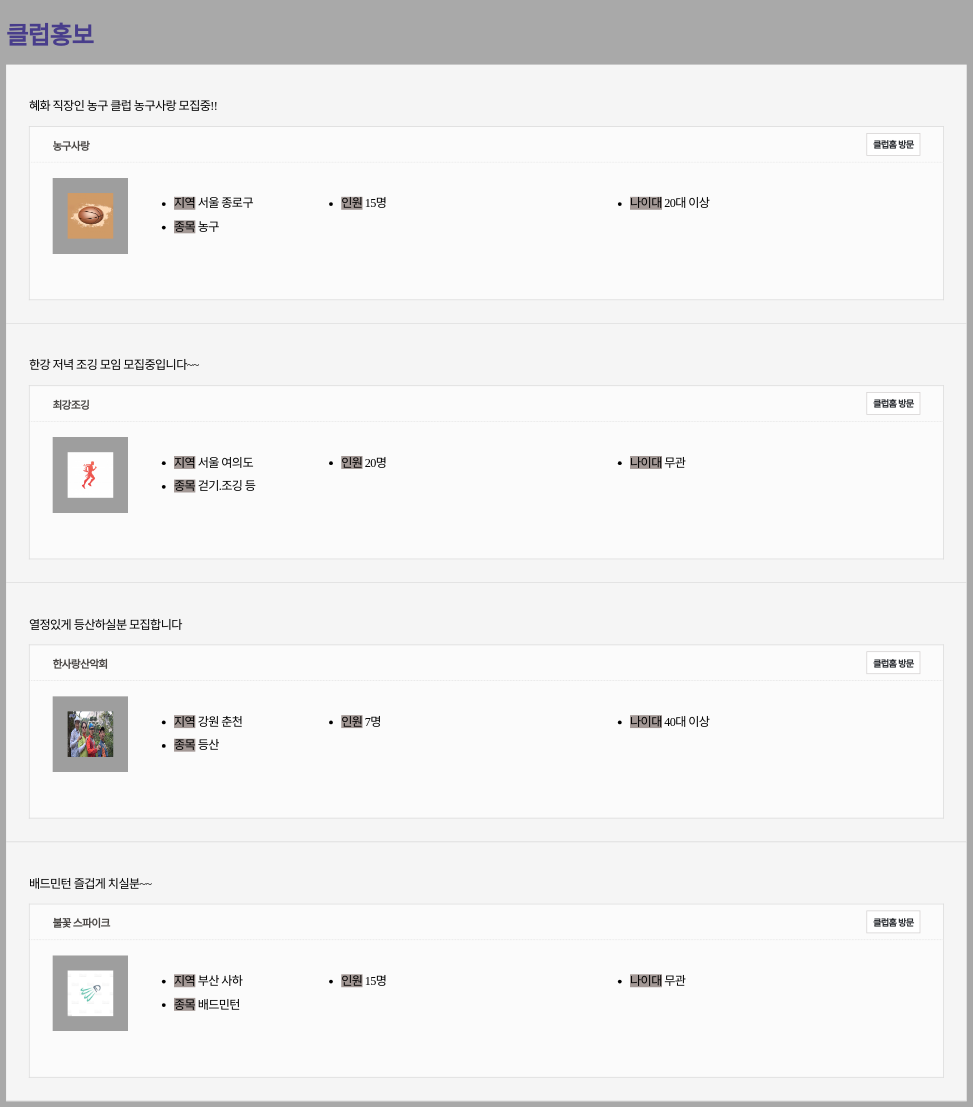
Repository: jaemin333/study
Page: club.html
The author's editor kept a copy of each file at every save. The page is drawn from the files as they stood at one save, then again after the next save.
The browser window is 1280 px wide. The pictures show the whole page, at 76% of full size.
Pictures or frames that could not be fetched are drawn as grey boxes.

Above is the page before, as saved 2021-07-02 22:12:14.

After the next save:
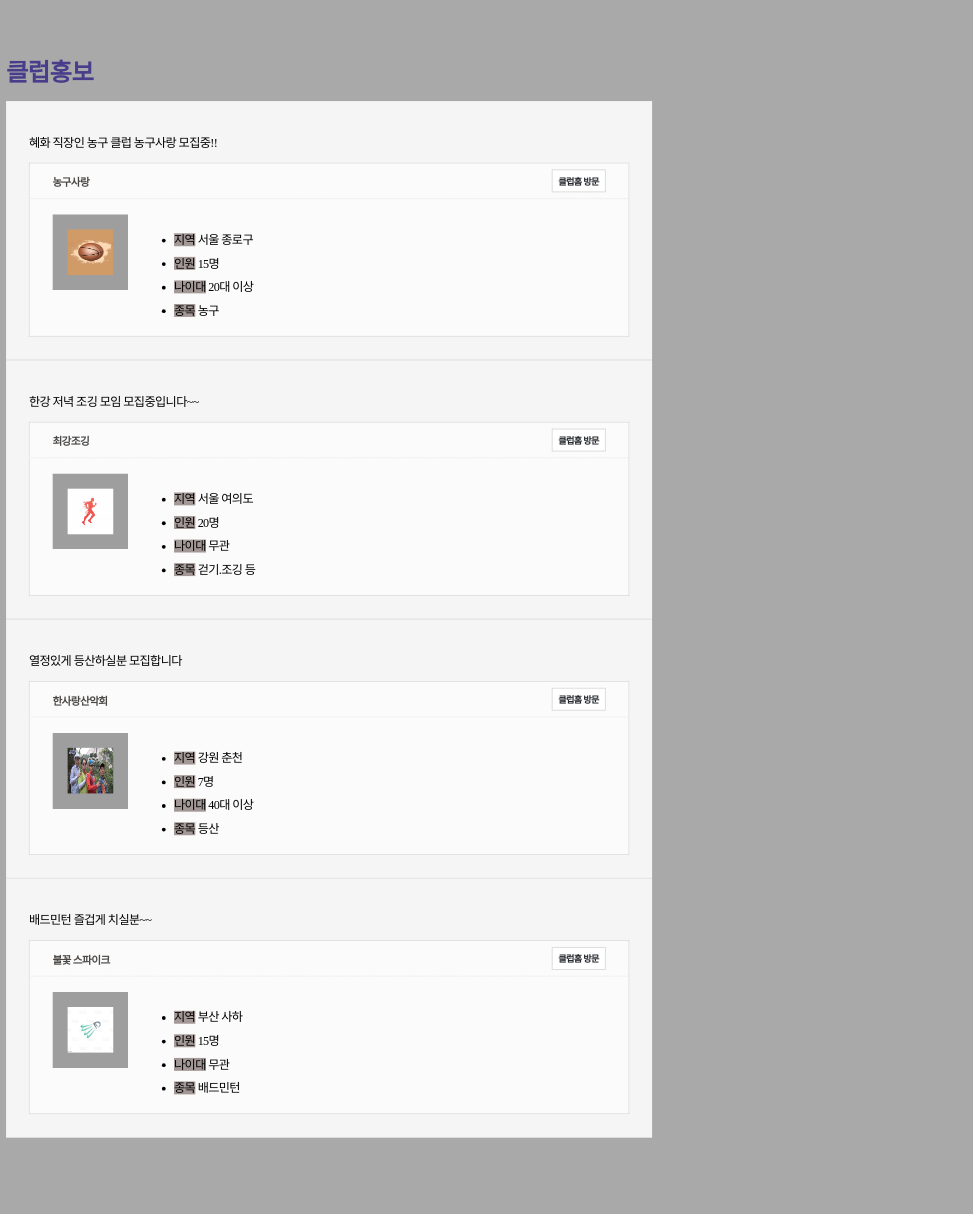
Saved 12 s later.
--- a/style.css
+++ b/style.css
@@ -133,3 +133,11 @@ p {
 .sentence {
     vertical-align: -4px;
 }
+
+#body_left {
+    position: relative;
+    float: left;
+    width: 850px;
+    margin-bottom: 100px;
+    padding: 40px 0 0 0;
+}

After the save that followed:
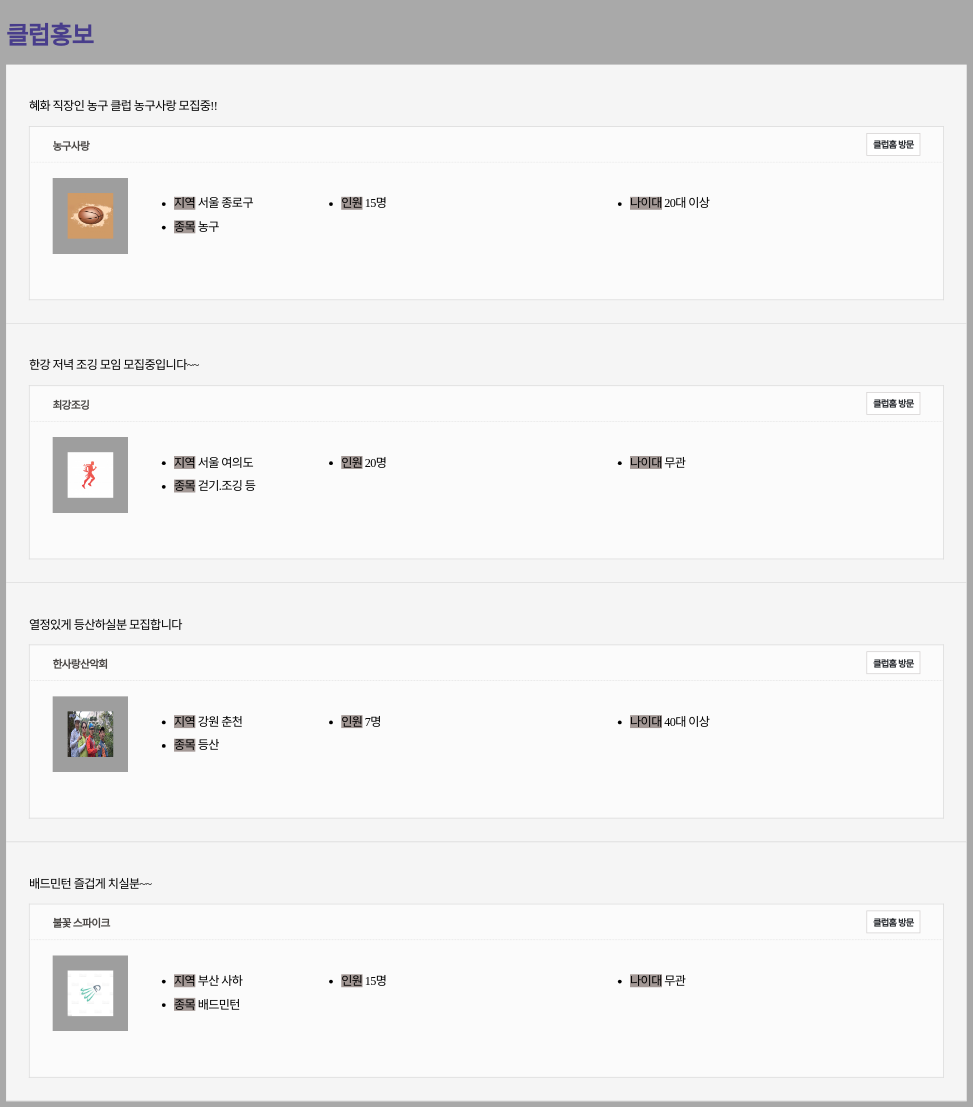
Saved 74 s later.
--- a/style.css
+++ b/style.css
@@ -134,7 +134,7 @@ p {
     vertical-align: -4px;
 }
 
-#body_left {
+/*#body_left {
     position: relative;
     float: left;
     width: 850px;
